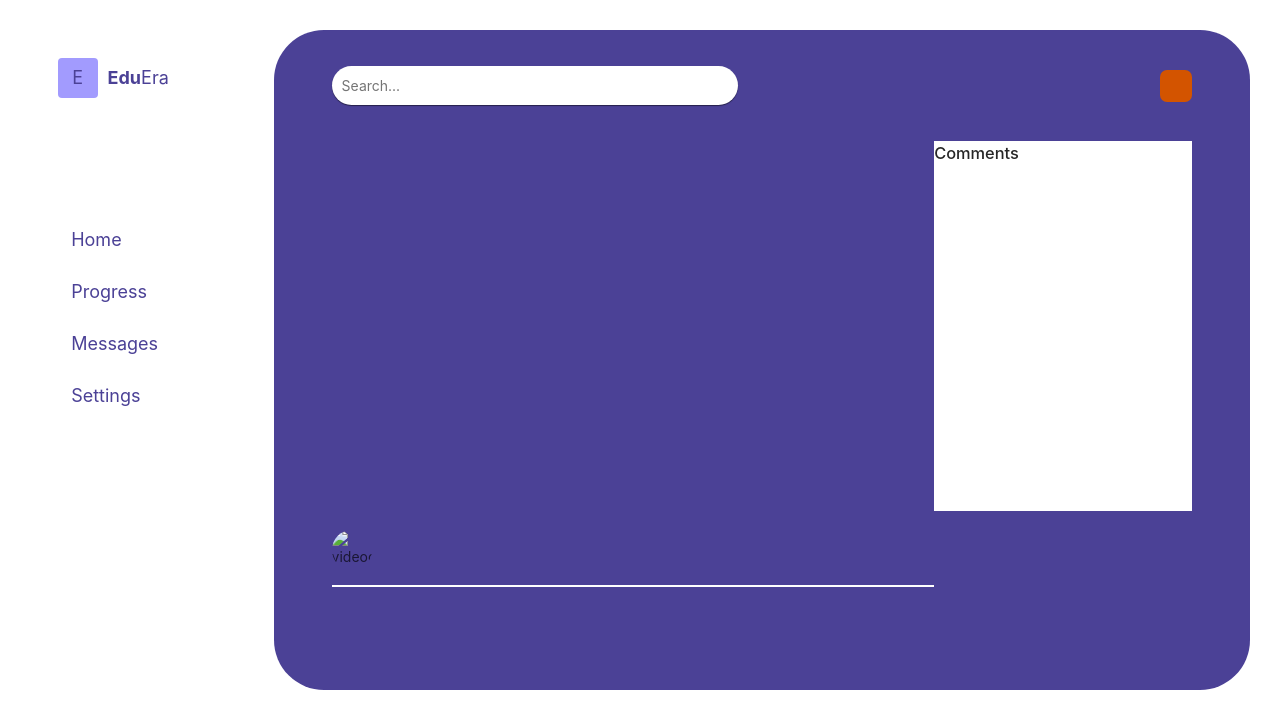
Repository: huynhnt1406/coursestorage
Page: /videodetail/1 (app in coursestorage/)
An editor plug-in stored every save of this project. The page is shown before and after a run of saves, followed by the edit.
The browser window is 1280 px wide. The pictures show the whole page.
The page's requests for data from a server got no answer. The project was rebuilt for these pictures with package versions that can differ from the ones it lists, and the page was loaded fresh each time. No one was signed in, and anything a server would have sent is missing. Also part of the build but not shown: coursestorage/src/components/ListItems.vue, coursestorage/src/components/VideoList.vue, coursestorage/src/smallcomponents/Messages.vue, coursestorage/src/smallcomponents/Progress.vue, coursestorage/src/smallcomponents/Settings.vue.

Above is the page before, as saved 2021-05-02 01:06:51.

After the next 2 saves:
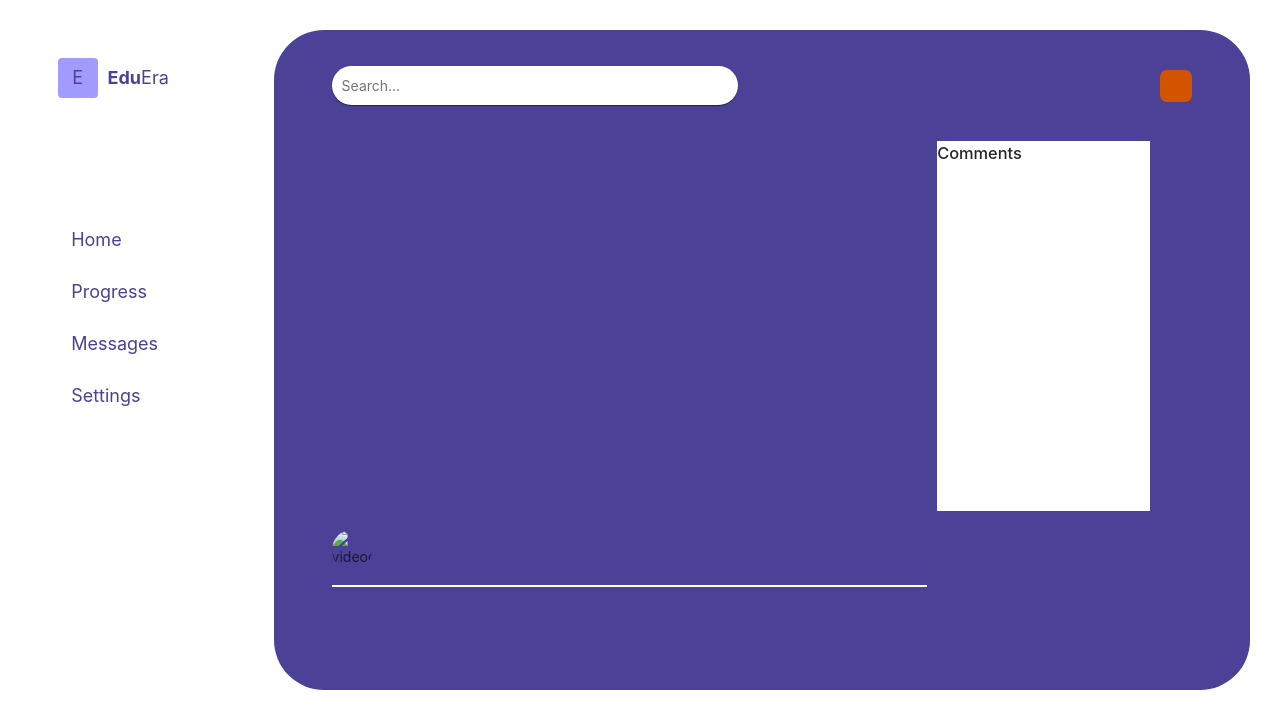
The 2 saves are shown as one change because they came seconds apart.
The last was saved 35 s later.
--- a/coursestorage/src/smallcomponents/VideoDetail.vue
+++ b/coursestorage/src/smallcomponents/VideoDetail.vue
@@ -116,6 +116,7 @@ export default {
 .video-right{
     background-color: white;
     height: 370px;
-    flex:0.3;
+    flex:0.25;
+    margin-left:10px
 }
 </style>
